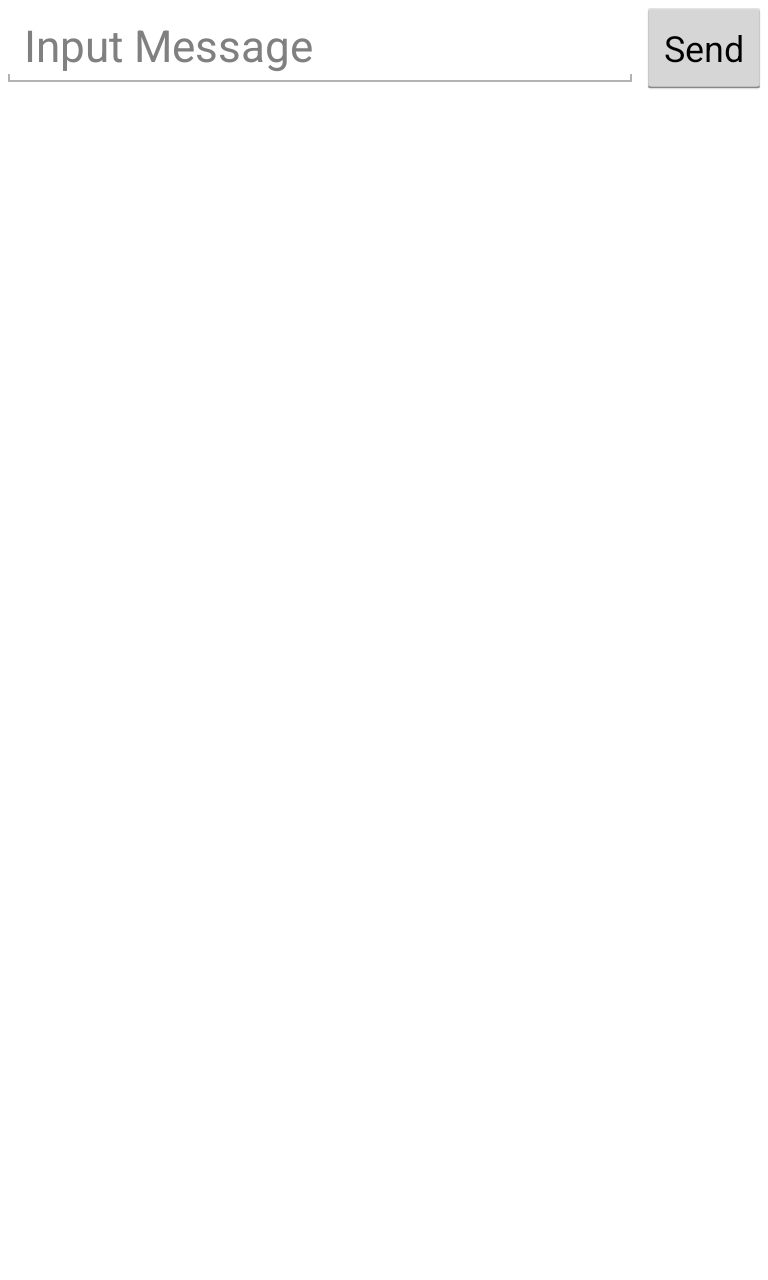
Repository: bylijian/AndroidTraining
Layout: MyActivity/res/layout/activity_main.xml
An editor plug-in stored every save of this project. The layout is shown before and after the next save, followed by the edit.
It is drawn on a 768 x 1280 px phone screen (xhdpi) without system bars, with theme AppTheme; the app's code is not run.

Above is the layout before, as saved 2015-03-28 07:14:56.

### MyActivity/res/layout/activity_main.xml
<LinearLayout xmlns:android="http://schemas.android.com/apk/res/android"
    xmlns:tools="http://schemas.android.com/tools"
    android:layout_width="match_parent"
    android:layout_height="match_parent"
    android:orientation="horizontal"

>

    <EditText
        android:id="@+id/editMessage"
        android:layout_weight="1"
        android:layout_width="0dp"
        android:layout_height="wrap_content"
        android:hint="Input Message"
        android:textAppearance="?android:attr/textAppearanceLarge" />
    <Button
        android:id="@+id/send_message"
        android:onClick="SendMessage"
        android:layout_width="wrap_content"
        android:layout_height="wrap_content"
        android:text="@string/send_message"
        />
</LinearLayout>

### MyActivity/res/values/strings.xml
<?xml version="1.0" encoding="utf-8"?>
<resources>

    <string name="app_name">MyActivity</string>
    <string name="hello_world">Hello world!</string>
    <string name="action_settings">Settings</string>
    <string name="InputMessage">Please Input your Message</string>
    <string name="send_message">Send</string>
    <string name="title_activity_second">SecondActivity</string>

</resources>

Loaded but not shown: MyActivity/res/values/styles.xml (common file); MyActivity/res/values-v11/styles.xml (common file); MyActivity/res/values-v14/styles.xml (common file)

After the next save:
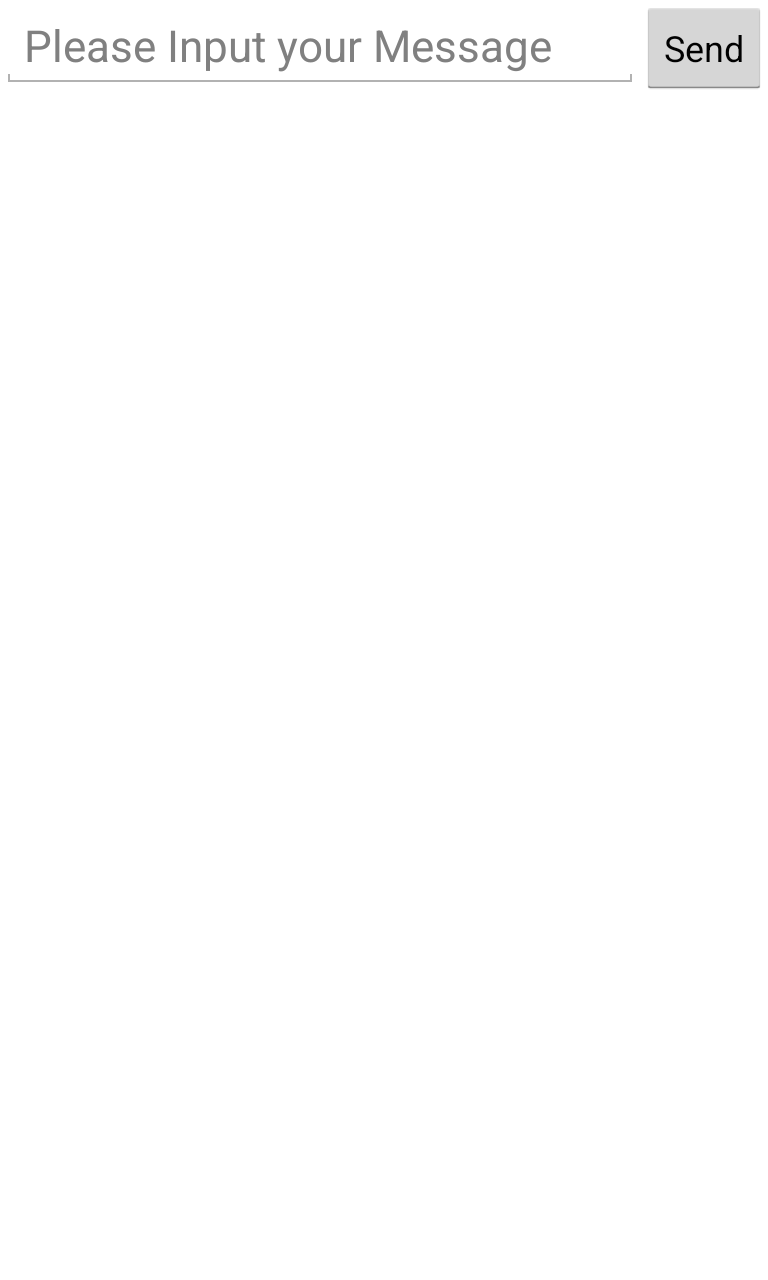
Saved 5 s later.
--- a/MyActivity/res/layout/activity_main.xml
+++ b/MyActivity/res/layout/activity_main.xml
@@ -11,7 +11,7 @@
         android:layout_weight="1"
         android:layout_width="0dp"
         android:layout_height="wrap_content"
-        android:hint="Input Message"
+        android:hint="@string/InputMessage"
         android:textAppearance="?android:attr/textAppearanceLarge" />
     <Button
         android:id="@+id/send_message"
